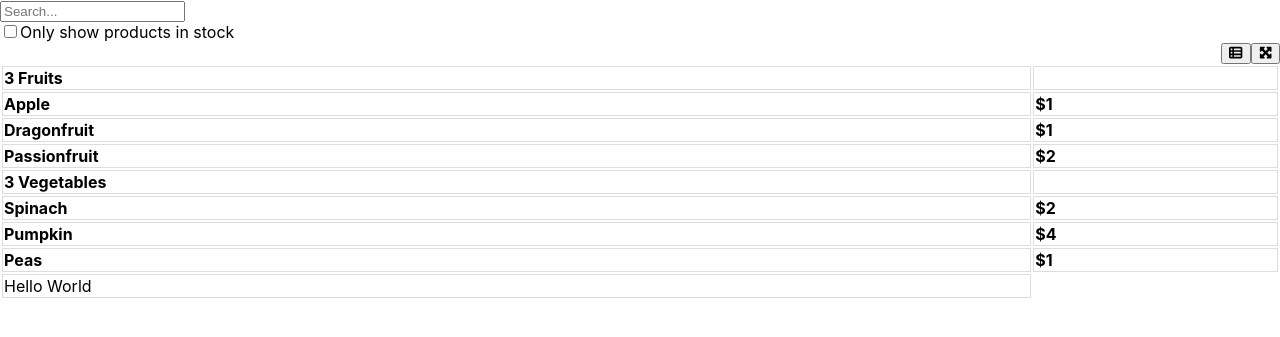
Repository: mariocapitbrok/reactjs-learn
Page: / (app in 05_filtered-data-table/)
These files come from the project's save history. The page is drawn as it stood at one moment and after the next save; the edit follows.
The browser window is 1280 px wide. The pictures show the whole page.
The project was rebuilt for these pictures with package versions that can differ from the ones it lists, and the page was loaded fresh each time. Also part of the build but not shown: 05_filtered-data-table/src/components/Table/Caption.jsx, 05_filtered-data-table/src/components/Table/TBody.jsx, 05_filtered-data-table/src/components/Table/TFoot.jsx, 05_filtered-data-table/src/components/Table/Tr.jsx, 05_filtered-data-table/src/components/Table/Th.jsx.

Above is the page before, as saved 2023-02-28 13:31:48.

After the next save:
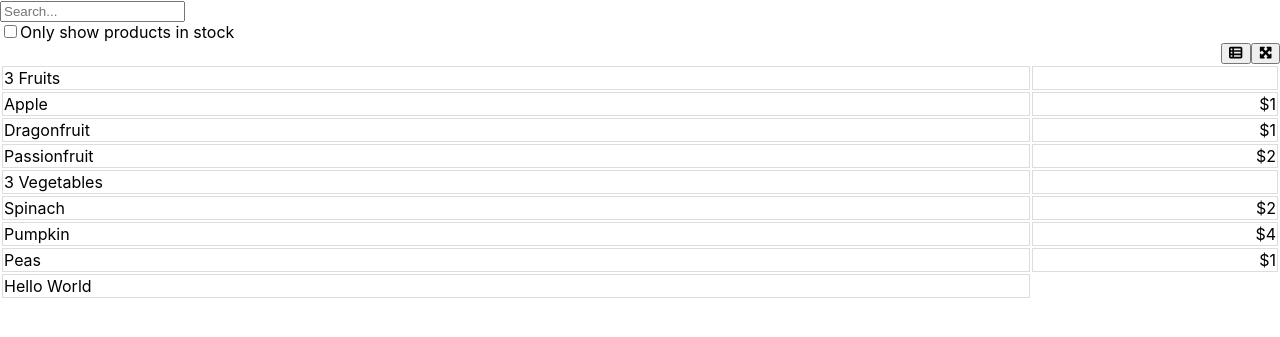
Saved 5 s later.
--- a/05_filtered-data-table/src/data/tableData.js
+++ b/05_filtered-data-table/src/data/tableData.js
@@ -29,7 +29,7 @@
   rows.push(...items.map(i => ({ name: i.name, price: i.price })))
 })
 
-jsxHeaderRows.push(...createRows(rows, true))
+jsxHeaderRows.push(...createRows(rows, false))
 
 /* console.log(createUniqueKey())
 console.log(rows)

After the save that followed:
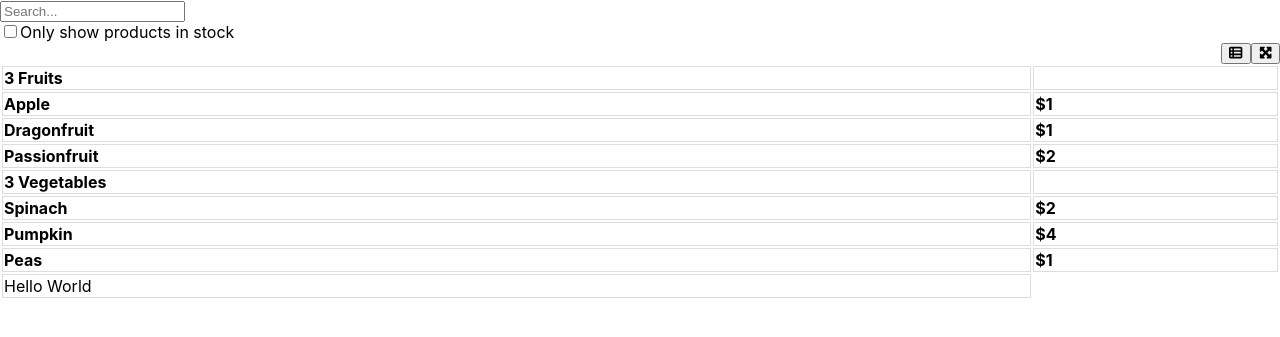
Saved 13 s later.
--- a/05_filtered-data-table/src/data/tableData.js
+++ b/05_filtered-data-table/src/data/tableData.js
@@ -29,7 +29,7 @@
   rows.push(...items.map(i => ({ name: i.name, price: i.price })))
 })
 
-jsxHeaderRows.push(...createRows(rows, false))
+jsxHeaderRows.push(...createRows(rows, true))
 
 /* console.log(createUniqueKey())
 console.log(rows)
